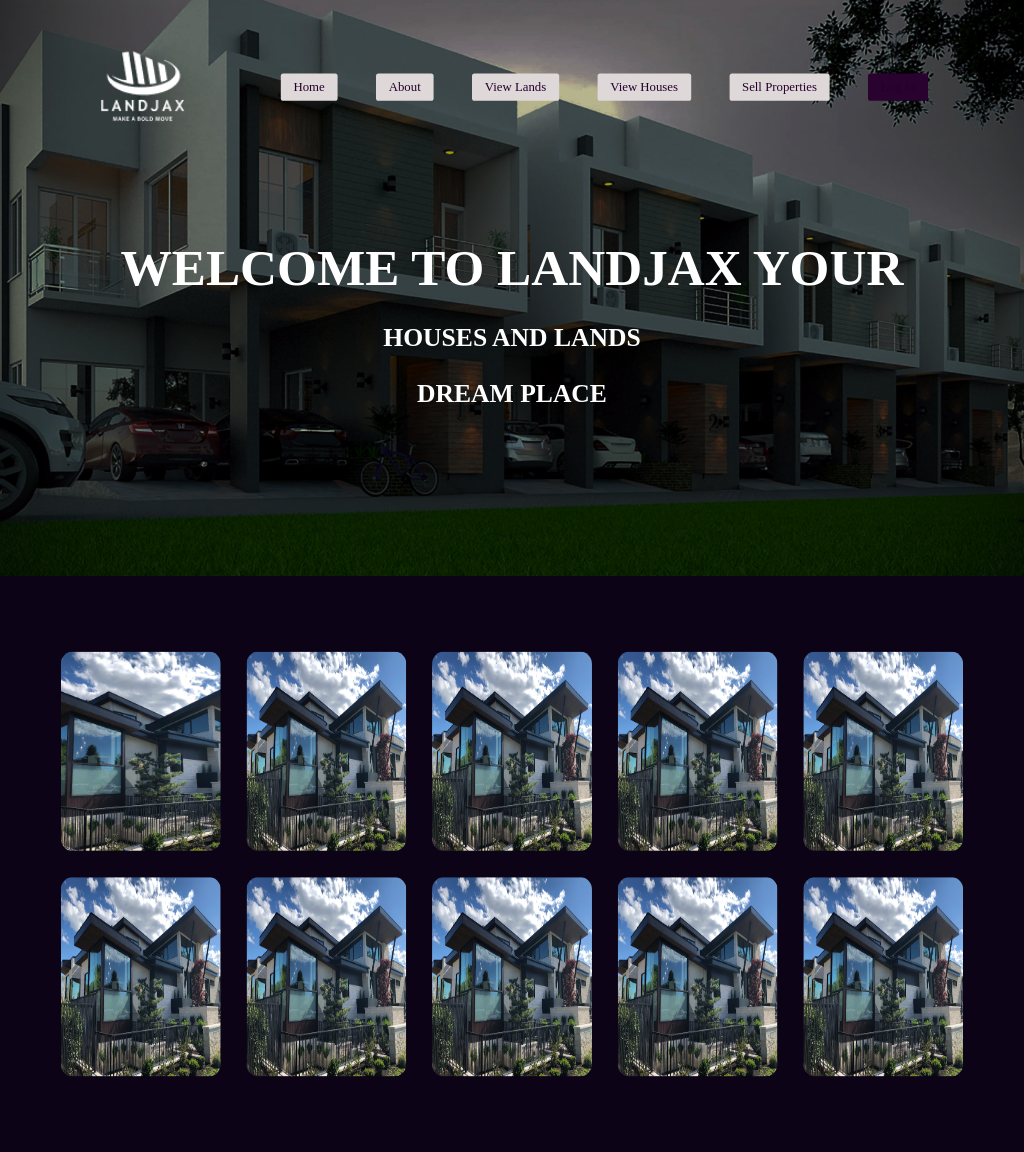
Repository: NorVirae/landjax-frontend
Page: /
These files come from the project's save history. The page is drawn as it stood at one moment and after a run of saves; the edit follows.
The browser window is 1280 px wide. The pictures show the whole page, at 80% of full size.
The project was rebuilt for these pictures with package versions that can differ from the ones it lists, and the page was loaded fresh each time. The framework's server and built-in components were replaced by stand-ins that run in the browser. Also part of the build but not shown: next.config.js.

Above is the page before, as saved 2022-07-02 16:03:35.

After the next 12 saves:
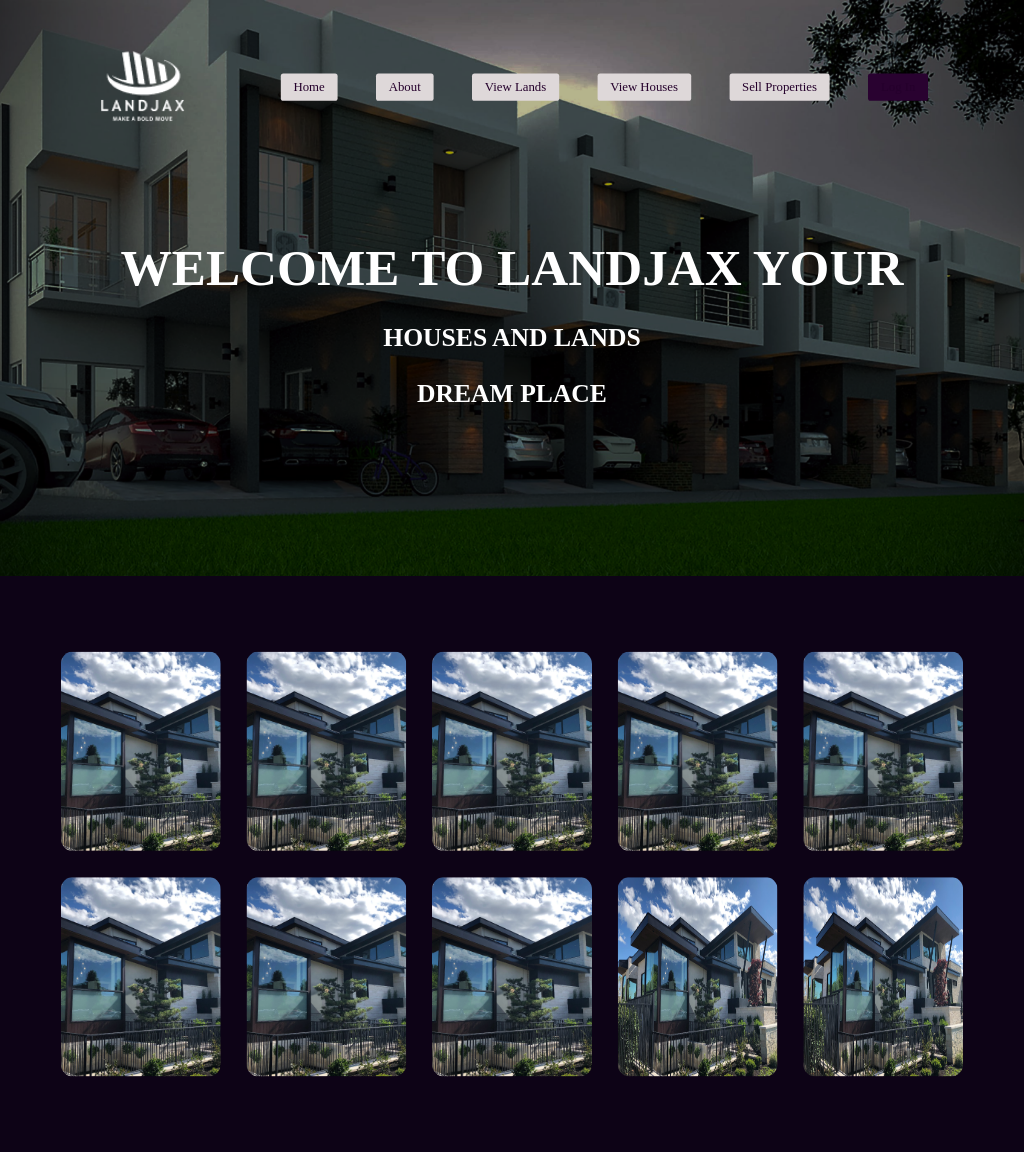
The 12 saves are shown as one change because they came seconds apart.
The last was saved 54 s later.
--- a/pages/index.tsx
+++ b/pages/index.tsx
@@ -31,13 +31,13 @@ const Home = () => {
 
           <div className='house__preview-inner'>
             <Image src={HouseImg} height={"250rem"} objectFit={"cover"} width="200rem" className='house__image-preview'/>
-            <Image src={HouseImg} height={"250rem"} width="200rem" className='house__image-preview'/>
-            <Image src={HouseImg} height={"250rem"} width="200rem" className='house__image-preview'/>
-            <Image src={HouseImg} height={"250rem"} width="200rem" className='house__image-preview'/>
-            <Image src={HouseImg} height={"250rem"} width="200rem" className='house__image-preview'/>
-            <Image src={HouseImg} height={"250rem"} width="200rem" className='house__image-preview'/>
-            <Image src={HouseImg} height={"250rem"} width="200rem" className='house__image-preview'/>
-            <Image src={HouseImg} height={"250rem"} width="200rem" className='house__image-preview'/>
+            <Image src={HouseImg} height={"250rem"} objectFit={"cover"} width="200rem" className='house__image-preview'/>
+            <Image src={HouseImg} height={"250rem"} objectFit={"cover"} width="200rem" className='house__image-preview'/>
+            <Image src={HouseImg} height={"250rem"} objectFit={"cover"} width="200rem" className='house__image-preview'/>
+            <Image src={HouseImg} height={"250rem"} objectFit={"cover"} width="200rem" className='house__image-preview'/>
+            <Image src={HouseImg} height={"250rem"} objectFit={"cover"} width="200rem" className='house__image-preview'/>
+            <Image src={HouseImg} height={"250rem"} objectFit={"cover"} width="200rem" className='house__image-preview'/>
+            <Image src={HouseImg} height={"250rem"} objectFit={"cover"} width="200rem" className='house__image-preview'/>
             <Image src={HouseImg} height={"250rem"} width="200rem" className='house__image-preview'/>
             <Image src={HouseImg} height={"250rem"} width="200rem" className='house__image-preview'/>
 
